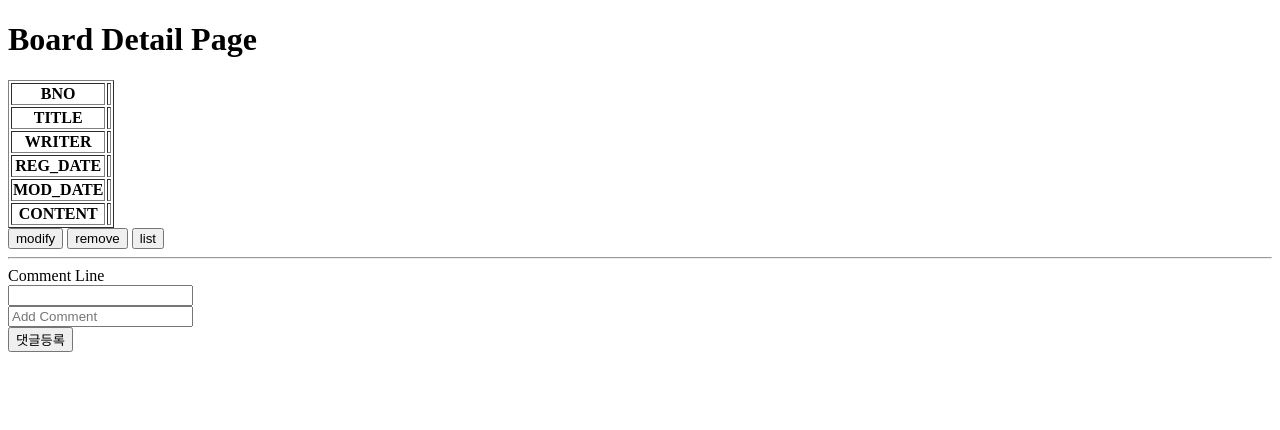
Repository: Leesunghoon1/paging
Page: http://localhost/jsp_project/board/detail.jsp
An editor plug-in stored every save of this project. The page is shown before and after the next save, followed by the edit.
The browser window is 1280 px wide. The pictures show the whole page.
The page is served by Tomcat 9. The template is opened directly, without the code that normally fills it, so the values that code supplies are empty.

Above is the page before, as saved 2023-09-15 08:41:19.

After the next save:
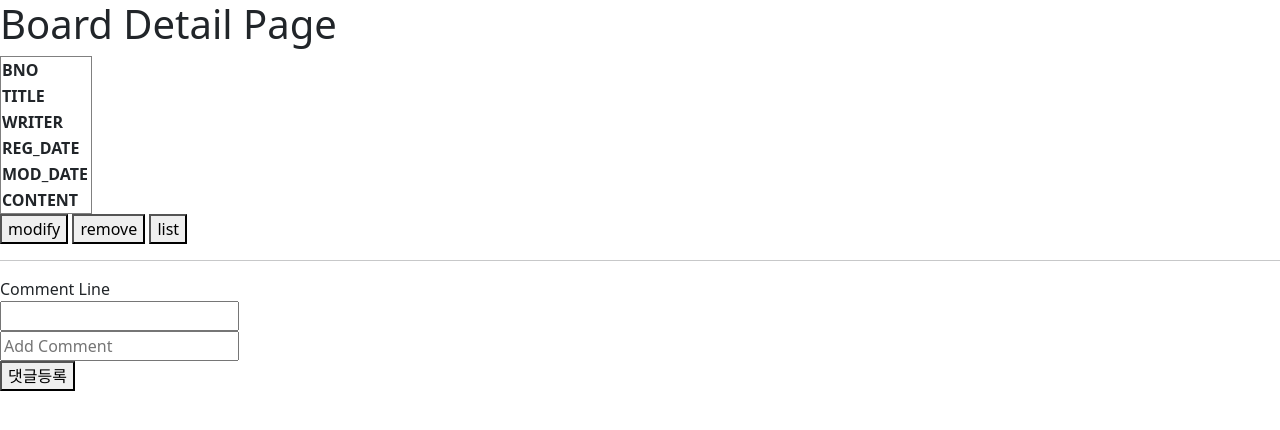
Saved 4 min 55 s later.
--- a/jsp_project/src/main/webapp/board/detail.jsp
+++ b/jsp_project/src/main/webapp/board/detail.jsp
@@ -5,6 +5,8 @@
 <head>
 <meta charset="UTF-8">
 <title>Insert detail here</title>
+<link href="https://cdn.jsdelivr.net/npm/bootstrap@5.3.2/dist/css/bootstrap.min.css" rel="stylesheet" integrity="sha384-T3c6CoIi6uLrA9TneNEoa7RxnatzjcDSCmG1MXxSR1GAsXEV/Dwwykc2MPK8M2HN" crossorigin="anonymous">
+<script src="https://cdn.jsdelivr.net/npm/bootstrap@5.3.2/dist/js/bootstrap.bundle.min.js" integrity="sha384-C6RzsynM9kWDrMNeT87bh95OGNyZPhcTNXj1NW7RuBCsyN/o0jlpcV8Qyq46cDfL" crossorigin="anonymous"></script>
 </head>
 <body>
 <h1>Board Detail Page</h1>
@@ -42,12 +44,15 @@
 
 <br>
 <hr>
+<!-- 등록 라인  -->
 <div>
 	Comment Line <br>
 	<input type="text" id="cmtWriter" value="${ses.id }" readonly="readonly"><br>
 	<input type="text" id="cmtText" placeholder="Add Comment"><br>
 	<button type="button" id="cmtAddBtn">댓글등록</button><br>
+</div>
+<!-- 댓글이 표시되는 라인  -->
 
-</div>
+
 </body>
 </html>
